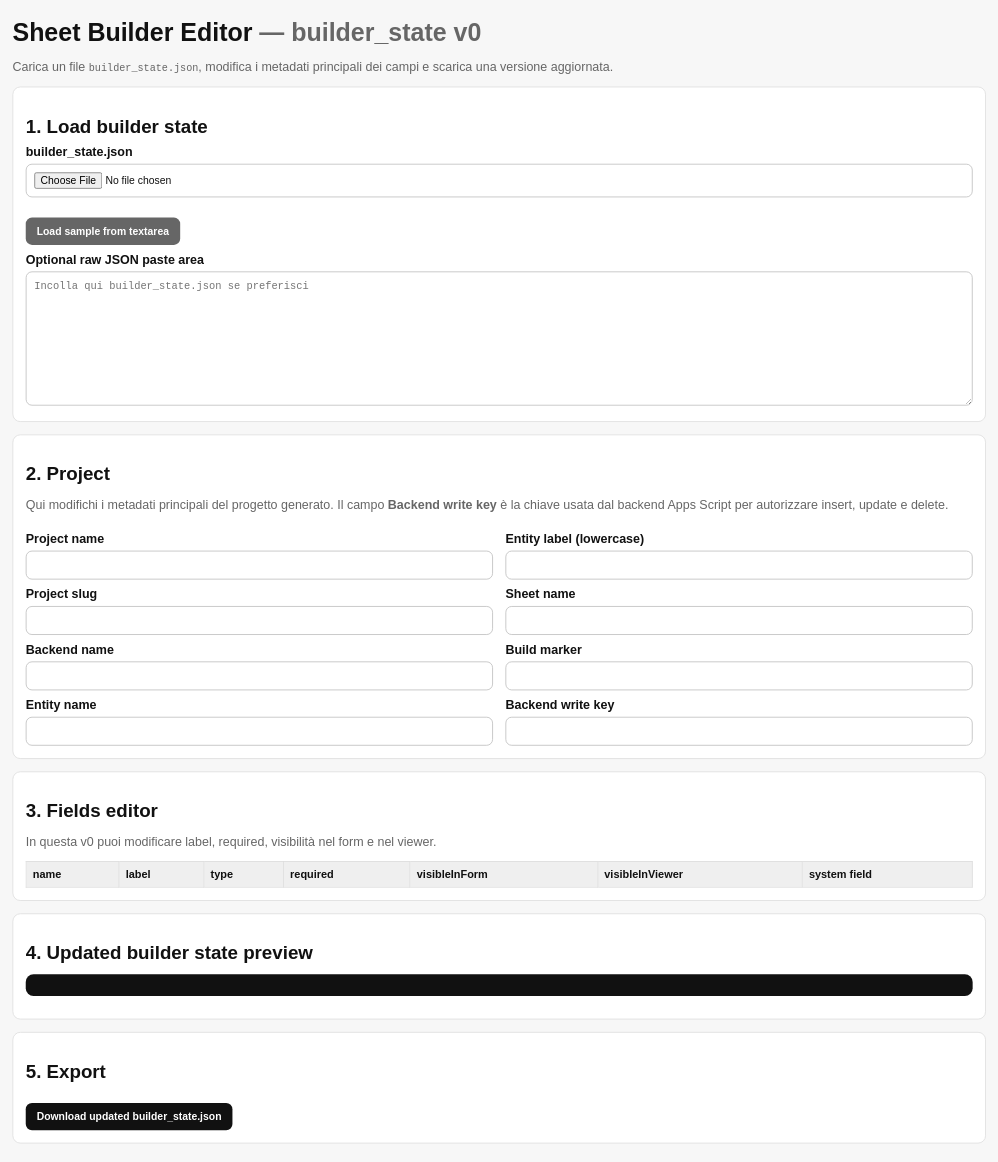
Repository: progettazionemauro/sheets.builder
Page: docs/builder.html
The author's editor kept a copy of each file at every save. The page is drawn from the files as they stood at one save, then again after a run of saves.
The browser window is 1280 px wide. The pictures show the whole page, at 78% of full size.

Above is the page before, as saved 2026-04-13 19:26:43.
Console error: SyntaxError: missing ) after argument list

### docs/builder.html
<!doctype html>
<html lang="it">
<head>
  <meta charset="utf-8" />
  <meta name="viewport" content="width=device-width, initial-scale=1" />
  <title>Sheet Builder Editor</title>
  <style>
    body {
      font-family: Arial, sans-serif;
      max-width: 1280px;
      margin: 24px auto;
      padding: 0 16px;
      background: #f7f7f7;
      color: #111;
    }

    h1, h2, h3 {
      margin-bottom: 8px;
    }

    .muted {
      color: #666;
    }

    .card {
      background: #fff;
      border: 1px solid #ddd;
      border-radius: 10px;
      padding: 16px;
      margin: 16px 0;
    }

    label {
      display: block;
      margin: 10px 0 6px;
      font-weight: bold;
    }

    input, textarea, select {
      width: 100%;
      box-sizing: border-box;
      padding: 10px;
      border: 1px solid #bbb;
      border-radius: 8px;
      background: #fff;
    }

    button {
      margin-top: 14px;
      padding: 10px 14px;
      border: 0;
      border-radius: 8px;
      background: #111;
      color: #fff;
      font-weight: bold;
      cursor: pointer;
    }

    button.secondary {
      background: #666;
    }

    button:disabled {
      opacity: .6;
      cursor: not-allowed;
    }

    .grid {
      display: grid;
      grid-template-columns: 1fr 1fr;
      gap: 16px;
    }

    .actions {
      display: flex;
      gap: 10px;
      flex-wrap: wrap;
      margin-top: 12px;
      align-items: center;
    }

    pre {
      background: #111;
      color: #d8ffd8;
      padding: 14px;
      border-radius: 10px;
      overflow: auto;
      white-space: pre-wrap;
    }

    table {
      width: 100%;
      border-collapse: collapse;
      margin-top: 10px;
      background: #fff;
    }

    th, td {
      border: 1px solid #ddd;
      padding: 8px;
      font-size: 14px;
      text-align: left;
      vertical-align: top;
    }

    th {
      background: #efefef;
    }

    .readonly-cell {
      background: #f3f3f3;
      color: #666;
    }

    .tiny {
      font-size: 12px;
      color: #666;
      line-height: 1.4;
    }

    .ok {
      color: #0a6;
      font-weight: bold;
    }

    .err {
      color: #b00;
      font-weight: bold;
    }
  </style>
</head>
<body>

  <h1>Sheet Builder Editor <span class="muted">— builder_state v0</span></h1>
  <p class="muted">
    Carica un file <code>builder_state.json</code>, modifica i metadati principali dei campi e scarica una versione aggiornata.
  </p>

  <div class="card">
    <h2>1. Load builder state</h2>

    <label for="fileInput">builder_state.json</label>
    <input id="fileInput" type="file" accept=".json,application/json" />

    <div class="actions">
      <button id="loadSampleBtn" type="button" class="secondary">Load sample from textarea</button>
      <span id="loadStatus" class="muted"></span>
    </div>

    <label for="rawJsonInput">Optional raw JSON paste area</label>
    <textarea id="rawJsonInput" rows="10" placeholder='Incolla qui builder_state.json se preferisci'></textarea>
  </div>

    <div class="card">
    <h2>2. Project</h2>
    <p class="muted">
      Qui modifichi i metadati principali del progetto generato. Il campo <b>Backend write key</b>
      è la chiave usata dal backend Apps Script per autorizzare insert, update e delete.
    </p>

    <div class="grid">
      <div>
        <label for="projectName">Project name</label>
        <input id="projectName" />

        <label for="projectSlug">Project slug</label>
        <input id="projectSlug" />

        <label for="backendName">Backend name</label>
        <input id="backendName" />

        <label for="entityName">Entity name</label>
        <input id="entityName" />
      </div>

      <div>
        <label for="entityLabelLower">Entity label (lowercase)</label>
        <input id="entityLabelLower" />

        <label for="sheetName">Sheet name</label>
        <input id="sheetName" />

        <label for="buildMarker">Build marker</label>
        <input id="buildMarker" />

        <label for="adminPassword">Backend write key</label>
        <input id="adminPassword" />
      </div>
    </div>
  </div>

  <div class="card">
    <h2>3. Fields editor</h2>
    <p class="muted">
      In questa v0 puoi modificare label, required, visibilità nel form e nel viewer.
    </p>

        <table id="fieldsTable">
      <thead>
        <tr>
          <th>name</th>
          <th>label</th>
          <th>type</th>
          <th>required</th>
          <th>visibleInForm</th>
          <th>visibleInViewer</th>
          <th>system field</th>
        </tr>
      </thead>
      <tbody></tbody>
    </table>
  </div>

  <div class="card">
    <h2>4. Updated builder state preview</h2>
    <pre id="stateOut"></pre>
  </div>

  <div class="card">
    <h2>5. Export</h2>
    <div class="actions">
      <button id="downloadBtn" type="button">Download updated builder_state.json</button>
      <span id="downloadStatus" class="muted"></span>
    </div>
  </div>

<script>
  let builderState = null;

  function setStatus(id, msg, cls = "muted") {
    const el = document.getElementById(id);
    el.textContent = msg;
    el.className = cls;
  }

  function deepClone(obj) {
    return JSON.parse(JSON.stringify(obj));
  }

  function normalizeBool(value) {
    return value === true;
  }

  function ensureBuilderStateShape(state) {
    if (!state || typeof state !== "object") {
      throw new Error("JSON non valido: root non oggetto");
    }

    if (!state.project || typeof state.project !== "object") {
      state.project = {};
    }

    if (!Array.isArray(state.fields)) {
      state.fields = [];
    }

    if (!state.constraints || typeof state.constraints !== "object") {
      state.constraints = {};
    }

    if (!state.enums || typeof state.enums !== "object") {
      state.enums = {};
    }

    if (!state.enumStyles || typeof state.enumStyles !== "object") {
      state.enumStyles = {};
    }

    if (!state.lists || typeof state.lists !== "object") {
      state.lists = {};
    }

    if (!state.options || typeof state.options !== "object") {
      state.options = {};
    }

    state.fields = state.fields.map(field => {
      const f = { ...field };
      f.name = String(f.name || "").trim();
      f.label = String(f.label || f.name || "").trim();
      f.type = String(f.type || "string").trim();
      f.required = normalizeBool(f.required);
      f.computed = normalizeBool(f.computed);
      f.visibleInForm = normalizeBool(f.visibleInForm);
      f.visibleInViewer = normalizeBool(f.visibleInViewer);
      f.locked = normalizeBool(f.locked);
      if (!Array.isArray(f.enumValues)) f.enumValues = [];
      return f;
    });

    recomputeListsFromFields(state);
    return state;
  }

  function recomputeListsFromFields(state) {
    const headers = [];
    const requiredOnInsert = [];
    const optionalOnInsert = [];
    const computed = [];
    const visibleInForm = [];
    const visibleInViewer = [];
    const enums = {};
    const enumStyles = state.enumStyles || {};

    for (const field of state.fields) {
      headers.push(field.name);

      if (field.computed) {
        computed.push(field.name);
      } else if (field.required) {
        requiredOnInsert.push(field.name);
      } else {
        optionalOnInsert.push(field.name);
      }

      if (field.visibleInForm) {
        visibleInForm.push(field.name);
      }

      if (field.visibleInViewer) {
        visibleInViewer.push(field.name);
      }

      if (field.type === "enum" && Array.isArray(field.enumValues) && field.enumValues.length) {
        enums[field.name] = field.enumValues.slice();
      }

      if (field.type === "enum" && enumStyles[field.name] && !field.enumStyles) {
        field.enumStyles = enumStyles[field.name];
      }
    }

    state.enums = enums;
    state.lists = {
      headers,
      requiredOnInsert,
      optionalOnInsert,
      computed,
      visibleInForm,
      visibleInViewer
    };
  }

  function renderProject() {
    const p = builderState.project || {};
    document.getElementById("projectName").value = p.projectName || "";
    document.getElementById("projectSlug").value = p.projectSlug || "";
    document.getElementById("backendName").value = p.backendName || "";
    document.getElementById("entityName").value = p.entityName || "";
    document.getElementById("entityLabelLower").value = p.entityLabelLower || "";
    document.getElementById("sheetName").value = p.sheetName || "";
    document.getElementById("buildMarker").value = p.buildMarker || "";
    document.getElementById("adminPassword").value = p.adminPassword || "";
  }

  function renderFieldsTable() {
    const tbody = document.querySelector("#fieldsTable tbody");
    tbody.innerHTML = "";

    builderState.fields.forEach((field, idx) => {
      const tr = document.createElement("tr");

            tr.innerHTML = `
        <td class="${field.locked ? "readonly-cell" : ""}">
          <input data-key="name" data-index="${idx}" value="${escapeHtml(field.name)}" ${field.locked ? "readonly" : ""} />
        </td>
        <td>
          <input data-key="label" data-index="${idx}" value="${escapeHtml(field.label || "")}" />
        </td>
        <td class="readonly-cell">
          <input data-key="type" data-index="${idx}" value="${escapeHtml(field.type)}" readonly />
        </td>
        <td>
          <select data-key="required" data-index="${idx}" ${field.computed ? "disabled" : ""}>
            <option value="false" ${field.required ? "" : "selected"}>NO</option>
            <option value="true" ${field.required ? "selected" : ""}>YES</option>
          </select>
        </td>
        <td>
          <select data-key="visibleInForm" data-index="${idx}" ${field.computed ? "disabled" : ""}>
            <option value="false" ${field.visibleInForm ? "" : "selected"}>NO</option>
            <option value="true" ${field.visibleInForm ? "selected" : ""}>YES</option>
          </select>
        </td>
        <td>
          <select data-key="visibleInViewer" data-index="${idx}">
            <option value="false" ${field.visibleInViewer ? "" : "selected"}>NO</option>
            <option value="true" ${field.visibleInViewer ? "selected" : ""}>YES</option>
          </select>
        </td>
        <td class="readonly-cell">${field.locked ? "YES" : "NO"}</td>
      `;

    bindFieldEvents();
  }

    function bindFieldEvents() {
    document.querySelectorAll("[data-key]").forEach(el => {
      const key = el.dataset.key;
      const idx = Number(el.dataset.index);
      const field = builderState.fields[idx];

      if (key === "type") {
        return;
      }

      if (el.tagName === "INPUT") {
        el.addEventListener("input", () => {
          field[key] = el.value;
          recomputeListsFromFields(builderState);
          renderPreviewOnly();
        });
        return;
      }

      if (el.tagName === "SELECT") {
        el.addEventListener("change", () => {
          field[key] = el.value === "true";

          if (key === "required" && field.computed) {
            field.required = false;
          }

          if (key === "visibleInForm" && field.computed) {
            field.visibleInForm = false;
          }

          recomputeListsFromFields(builderState);
          renderPreviewOnly();
        });
      }
    });
  }

  function bindProjectEvents() {
    const mapping = [
      "projectName",
      "projectSlug",
      "backendName",
      "entityName",
      "entityLabelLower",
      "sheetName",
      "buildMarker",
      "adminPassword"
    ];

    mapping.forEach(key => {
      const el = document.getElementById(key);
      el.addEventListener("input", () => {
        builderState.project[key] = el.value;
        renderPreviewOnly();
      });
    });
  }

  function renderPreviewOnly() {
    document.getElementById("stateOut").textContent =
      JSON.stringify(builderState, null, 2);
  }

  function renderAll() {
    renderProject();
    renderFieldsTable();
    renderPreviewOnly();
  }

  function escapeHtml(value) {
    return String(value ?? "")
      .replace(/&/g, "&amp;")
      .replace(/</g, "&lt;")
      .replace(/>/g, "&gt;")
      .replace(/"/g, "&quot;");
  }

  async function loadFromFile(file) {
    const text = await file.text();
    const parsed = JSON.parse(text);
    builderState = ensureBuilderStateShape(parsed);
    renderAll();
    setStatus("loadStatus", "builder_state.json caricato", "ok");
  }

  document.getElementById("fileInput").addEventListener("change", async (e) => {
    const file = e.target.files && e.target.files[0];
    if (!file) return;

    try {
      await loadFromFile(file);
    } catch (err) {
      setStatus("loadStatus", "Errore: " + err.message, "err");
    }
  });

  document.getElementById("loadSampleBtn").addEventListener("click", () => {
    try {
      const raw = document.getElementById("rawJsonInput").value.trim();
      if (!raw) throw new Error("Area JSON vuota");

      const parsed = JSON.parse(raw);
      builderState = ensureBuilderStateShape(parsed);
      renderAll();
      setStatus("loadStatus", "JSON incollato caricato", "ok");
    } catch (err) {
      setStatus("loadStatus", "Errore: " + err.message, "err");
    }
  });

  document.getElementById("downloadBtn").addEventListener("click", () => {
    try {
      if (!builderState) throw new Error("Nessun builder_state caricato");

      const blob = new Blob(
        [JSON.stringify(builderState, null, 2)],
        { type: "application/json" }
      );

      const a = document.createElement("a");
      a.href = URL.createObjectURL(blob);
      a.download = "builder_state.updated.json";
      document.body.appendChild(a);
      a.click();
      document.body.removeChild(a);
      URL.revokeObjectURL(a.href);

      setStatus("downloadStatus", "builder_state.updated.json generato", "ok");
    } catch (err) {
      setStatus("downloadStatus", "Errore: " + err.message, "err");
    }
  });

  bindProjectEvents();
</script>

</body>
</html>

After the next 2 saves:
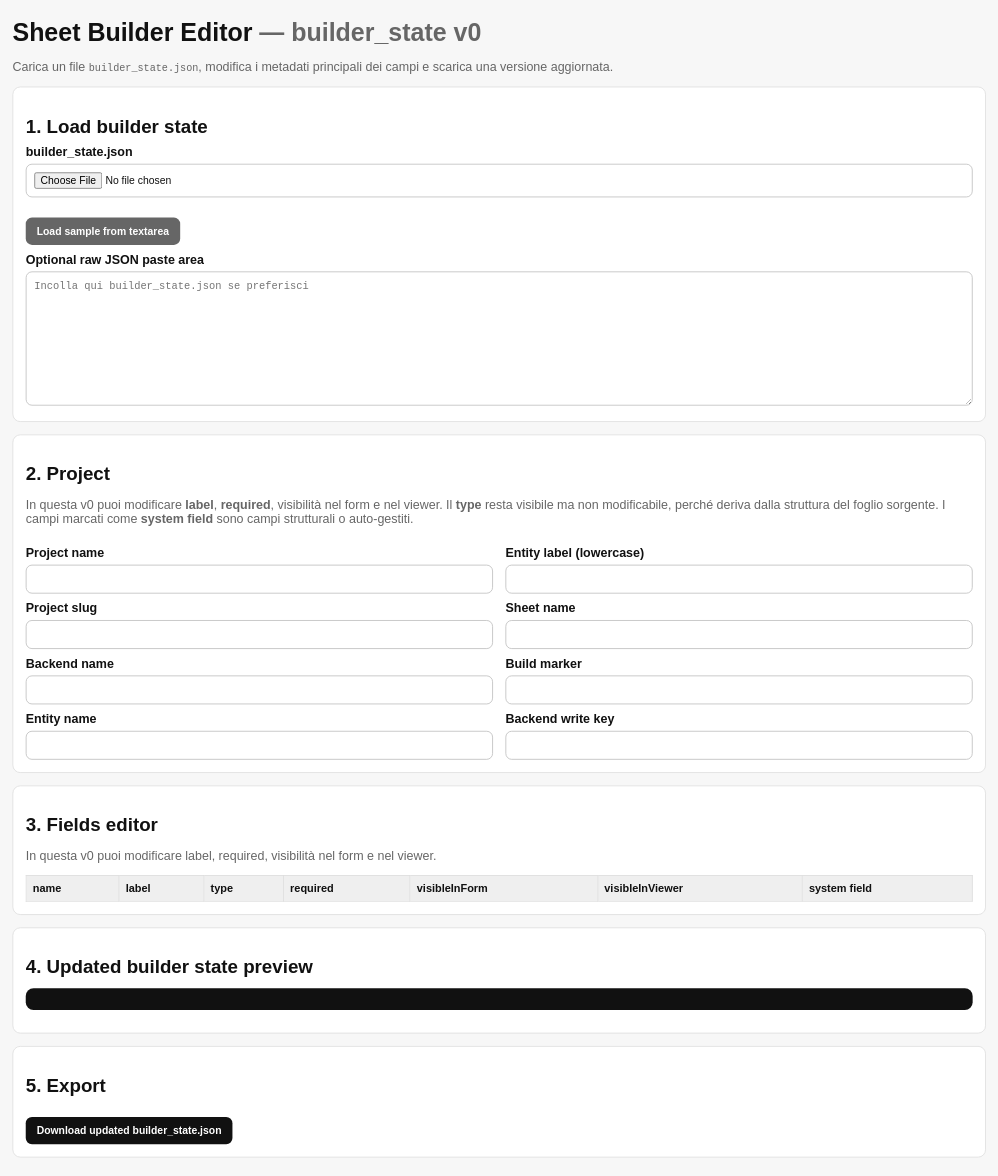
The 2 saves are shown as one change because they came seconds apart.
The last was saved 70 s later.
--- a/docs/builder.html
+++ b/docs/builder.html
@@ -153,9 +153,10 @@
 
     <div class="card">
     <h2>2. Project</h2>
-    <p class="muted">
-      Qui modifichi i metadati principali del progetto generato. Il campo <b>Backend write key</b>
-      è la chiave usata dal backend Apps Script per autorizzare insert, update e delete.
+        <p class="muted">
+      In questa v0 puoi modificare <b>label</b>, <b>required</b>, visibilità nel form e nel viewer.
+      Il <b>type</b> resta visibile ma non modificabile, perché deriva dalla struttura del foglio sorgente.
+      I campi marcati come <b>system field</b> sono campi strutturali o auto-gestiti.
     </p>
 
     <div class="grid">
